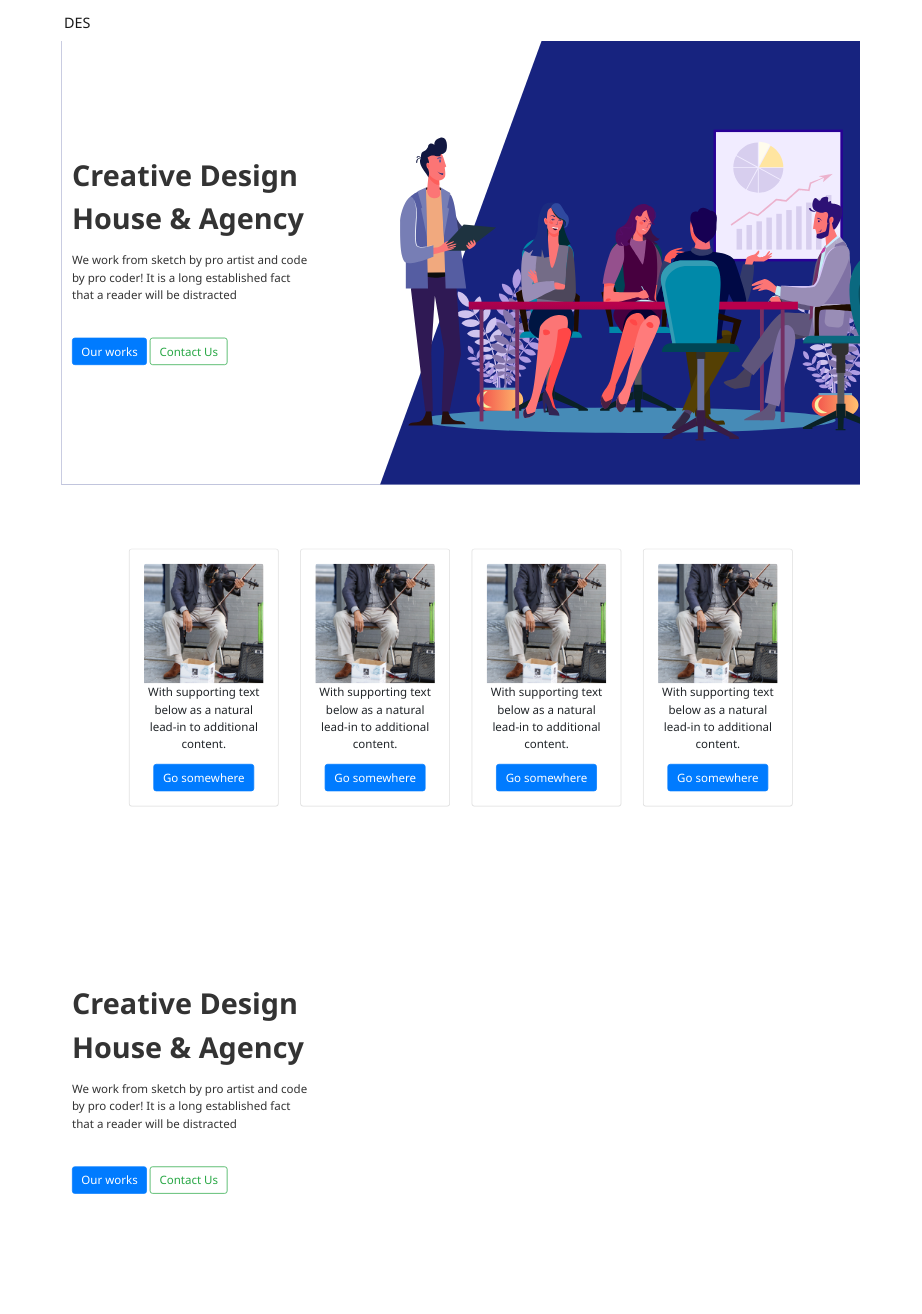
Repository: stephenkayade/Tarm
Page: index.html
An editor plug-in stored every save of this project. The page is shown before and after the next save, followed by the edit.
The browser window is 1280 px wide. The pictures show the whole page, at 72% of full size.

Above is the page before, as saved 2020-05-07 13:03:23.

### index.html
<!DOCTYPE html>
<html lang="en">

<head>
    <meta charset="UTF-8">
    <meta name="viewport" content="width=device-width, initial-scale=1.0">
    <link rel="stylesheet" href="https://stackpath.bootstrapcdn.com/bootstrap/4.4.1/css/bootstrap.min.css"
        integrity="sha384-Vkoo8x4CGsO3+Hhxv8T/Q5PaXtkKtu6ug5TOeNV6gBiFeWPGFN9MuhOf23Q9Ifjh" crossorigin="anonymous">
    <script src="https://code.jquery.com/jquery-3.4.1.slim.min.js"
        integrity="sha384-J6qa4849blE2+poT4WnyKhv5vZF5SrPo0iEjwBvKU7imGFAV0wwj1yYfoRSJoZ+n"
        crossorigin="anonymous"></script>

    <script src="https://stackpath.bootstrapcdn.com/bootstrap/4.4.1/js/bootstrap.min.js"
        integrity="sha384-wfSDF2E50Y2D1uUdj0O3uMBJnjuUD4Ih7YwaYd1iqfktj0Uod8GCExl3Og8ifwB6"
        crossorigin="anonymous"></script>
    <link rel="stylesheet" href="https://stackpath.bootstrapcdn.com/font-awesome/4.7.0/css/font-awesome.min.css">
    <link rel="stylesheet" href="css/style.css">
    <title>Document</title>
</head>

<body>
    <div class="container">

        <section id="nav-bar">
            <nav class="navbar navbar-expand-lg navbar-light">
                <!-- <h1>DES</h1> -->
                <h1><a class="navbar-brand ml-1" href="#">DES</a></h1>
                <button class="navbar-toggler" type="button" data-toggle="collapse" data-target="#navbarNav"
                    aria-controls="navbarNav" aria-expanded="false" aria-label="Toggle navigation">
                    <i class="fa fa-bars"></i>
                </button>

                <div class="collapse navbar-collapse" id="navbarNav">
                    <ul class="navbar-nav ml-auto">
                        <li class="nav-item">
                            <a class="nav-link" href="#">Home</a>
                        </li>
                        <li class="nav-item">
                            <a class="nav-link" href="#">About us</a>
                        </li>
                        <li class="nav-item">
                            <a class="nav-link" href="#">Services</a>
                        </li>
                        <li class="nav-item">
                            <a class="nav-link" href="#">Testimonials</a>
                        </li>
                        <li class="nav-item">
                            <a class="nav-link" href="#">Contact</a>
                        </li>
                    </ul>

                </div>
            </nav>

        </section>

        <!---------------------------banner---------------------------->
        <section id="banner">
            <div class="container">
                <div class="row">
                    <div class="col-md-6">
                        <p class="promo-title">Creative Design <br>House & Agency</p>
                        <p>We work from sketch by pro artist and code <br>
                            by pro coder! It is a long established fact <br>
                            that a reader will be distracted</p>
                        <div class="btn-control">
                            <div class="btn btn-primary">Our works</div>
                            <div class="btn btn-outline-success">Contact Us</div>
                        </div>
                    </div>

                </div>
            </div>
        </section>

        <section id="img">
            <div class="row">
                <div class="col-md-auto">
                    <div class="card text-center" style="width: 13rem;">
                        <div class="card-body">
                            <img src="./img/man-street-sitting-hat-2995066.jpg" class="card-img-top" alt="...">

                            <p class="card-text">With supporting text below as a natural lead-in to additional content.</p>
                            <a href="#" class="btn btn-primary">Go somewhere</a>
                        </div>
                    </div>
                </div>
                <div class="col-md-auto">
                    <div class="card text-center" style="width: 13rem;">
                        <div class="card-body">
                            <img src="./img/man-street-sitting-hat-2995066.jpg" class="card-img-top" alt="...">

                            <p class="card-text">With supporting text below as a natural lead-in to additional content.</p>
                            <a href="#" class="btn btn-primary">Go somewhere</a>
                        </div>
                    </div>
                </div>
                <div class="col-md-auto">
                    <!-- <div class="card" style="width: 12rem;">
                        <img src="./img/man-street-sitting-hat-2995066.jpg" class="card-img-top" alt="...">
                        <span class="card-img-top"><i class="fas fa-folder-open"></i></span>
                        <div class="card-body">
                            <h5 class="card-title text-center">Card title</h5>
                            <p class="card-text text-center">Lorem ipsum dolor sit amet consectetur, adipisicing elit. Eligendi, nisi!</p>
                            <a href="#" class="btn btn-primary ">Learn More</a>
                        </div>
                    </div> -->

                    <div class="card text-center" style="width: 13rem;">
                        <div class="card-body">
                            <img src="./img/man-street-sitting-hat-2995066.jpg" class="card-img-top" alt="...">

                            <p class="card-text">With supporting text below as a natural lead-in to additional content.</p>
                            <a href="#" class="btn btn-primary">Go somewhere</a>
                        </div>
                    </div>
                </div>
                <div class="col-md-auto">
                    <div class="card text-center" style="width: 13rem;">
                        <div class="card-body">
                            <img src="./img/man-street-sitting-hat-2995066.jpg" class="card-img-top" alt="...">

                            <p class="card-text">With supporting text below as a natural lead-in to additional content.</p>
                            <a href="#" class="btn btn-primary">Go somewhere</a>
                        </div>
                    </div>
                </div>
            </div>
        </section>

        <section id="CEO">
            <div class="container">
                <div class="about-us">

                </div>
                <div class="row">
                    <div class="col-md-6">
                        <p class="promo-title">Creative Design <br>House & Agency</p>
                        <p>We work from sketch by pro artist and code <br>
                            by pro coder! It is a long established fact <br>
                            that a reader will be distracted</p>
                        <div class="btn-control">
                            <div class="btn btn-primary">Our works</div>
                            <div class="btn btn-outline-success">Contact Us</div>
                        </div>
                    </div>

                </div>
            </div>
        </section>
    </div>


</body>

</html>

### css/style.css
*{
    margin: 0;
    padding: 0;
}

body{
    font-family: 'Segoe UI', Tahoma, Geneva, Verdana, sans-serif;
}
#nav-bar{
    position: sticky;
    top: 0;
    z-index: 10;
}
.navbar{
    background-image: cross-fade(to right, #fff,#17237f);
    padding: 0 !important;
}
.navbar-brand img{
    height:40px;
    padding-left: 20px;
}
.navbar-nav li{
    padding: 0 10px;

}
.navbar-nav li a{
    color: #fff !important;
    font-weight: 600;
    float: right;
    text-align: left;
}
.fa-bars{
    color: #fff;
    font-size: 30px !important;
}
#img{
    display: flex;
    flex-direction: row;
    justify-content: center;
    padding: 8%
}


/* ------------banner section-------------------- */
#banner{
    background: url('/img/adj.svg') no-repeat center center/cover;
    color: #333;
    padding-top: 5%;
    padding-bottom: 15%;
}
#CEO{
    /* background: url('/img/adj.svg') no-repeat center center/cover; */
    color: #333;
    padding-top: 5%;
    padding-bottom: 15%;
}
.promo-title{
    font-size: 40px;
    font-weight: 600;
    margin-top:100px ;
}
.play-btn{
    width:45px;
    margin: 20px;
}
#banner a{
    color: #fff;
    text-decoration: none;
}
.bottom-img{
    width: 100%;
}
.btn-control{
    padding-top: 2rem;
}
/* ---------------------services section---------------------- */
#services{
    padding: 80px 0;
}
.service-img{
    width: 140px;
    margin-top: 20px;
}
.services{
    padding: 20px;
}
.services h4{
    padding: 5px;
    margin-top: 25px;
    text-transform: uppercase;
}
.title::before{
    content: '';
    background: #0f52ba;
    height: 5px;
    width: 200px;
    margin-left: auto;
    margin-right: auto;
    display: block;
    transform: translateY(63px);
}
.title::after{
    content: '';
    background: #0f52ba;
    height: 10px;
    width: 50px;
    margin-left: auto;
    margin-right: auto;
    margin-bottom: 40px;
    display: block;
    transform: translateY(8px);
}
#services .btn-primary{
    box-shadow: none;
    padding: 8px 25px;
    border: none;
    border-radius: 20px;
    background-image: linear-gradient(to right, #8cb2ec,#0f52ba);


}

After the next save:
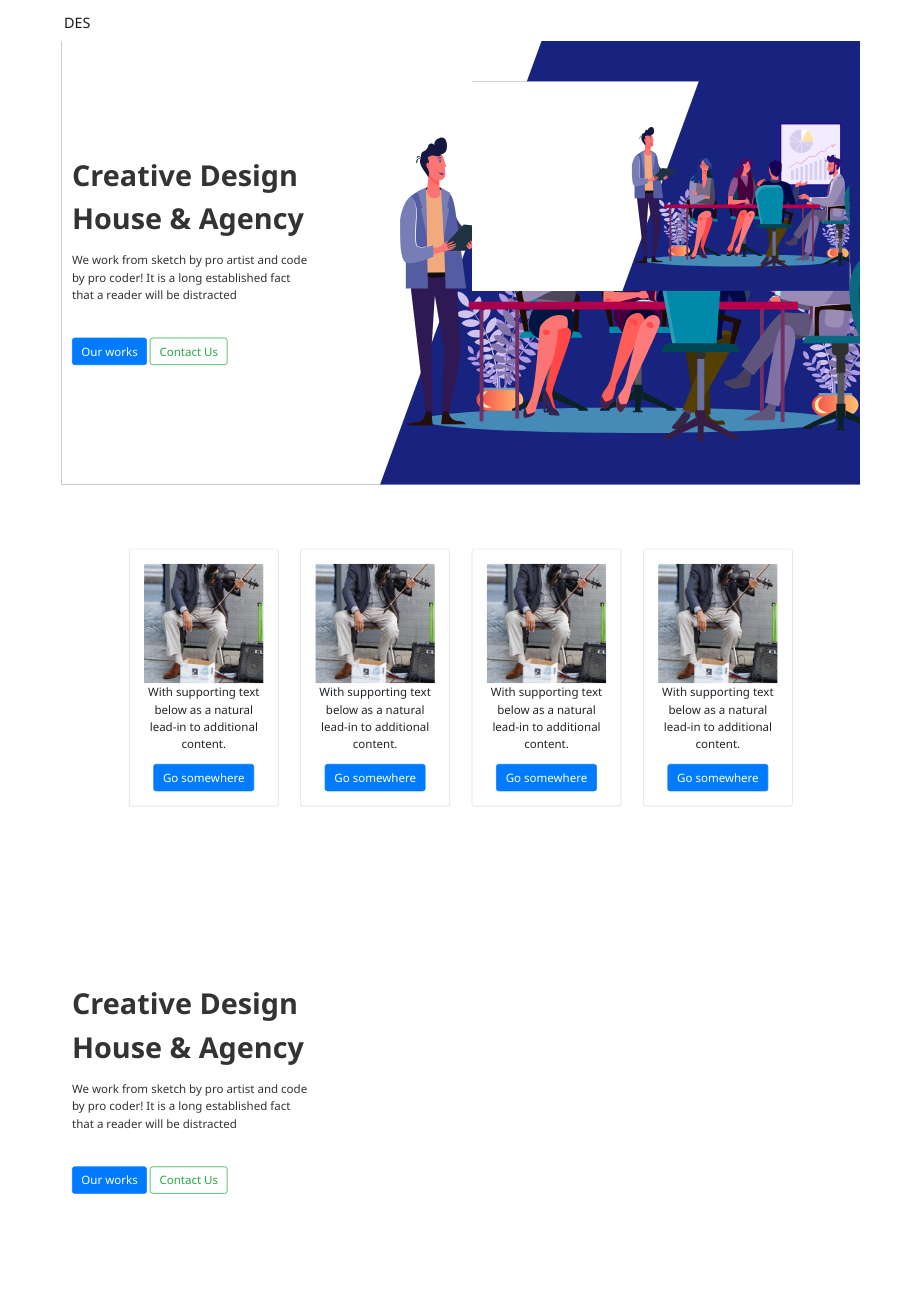
Saved 6 min 35 s later.
--- a/index.html
+++ b/index.html
@@ -68,7 +68,9 @@
                             <div class="btn btn-outline-success">Contact Us</div>
                         </div>
                     </div>
-
+                    <div class="col-md-6">
+                        <img src="./img/adj.svg" class="img-fluid" alt="">
+                    </div>
                 </div>
             </div>
         </section>

After the save that followed:
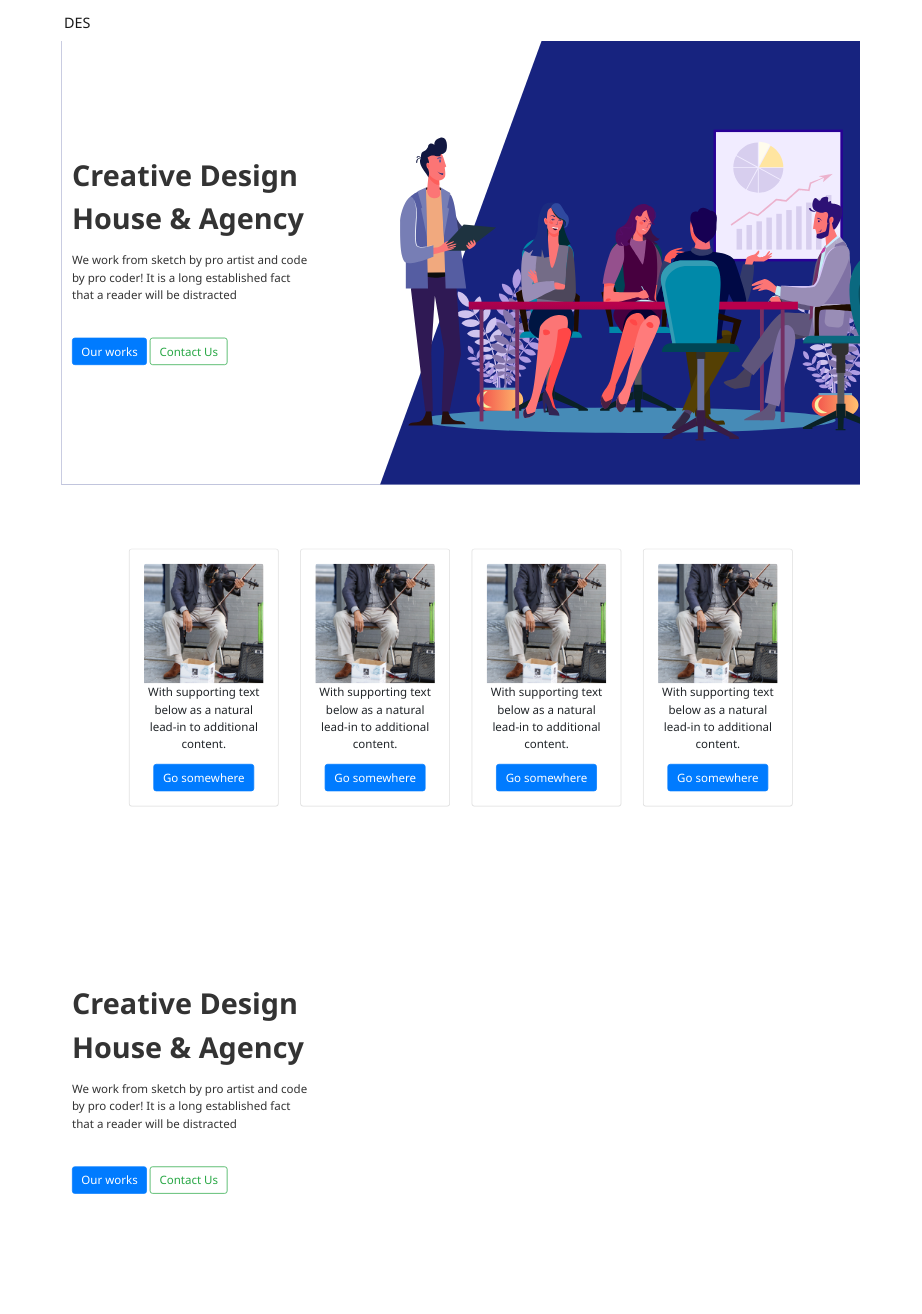
Saved 48 s later.
--- a/index.html
+++ b/index.html
@@ -68,9 +68,7 @@
                             <div class="btn btn-outline-success">Contact Us</div>
                         </div>
                     </div>
-                    <div class="col-md-6">
-                        <img src="./img/adj.svg" class="img-fluid" alt="">
-                    </div>
+
                 </div>
             </div>
         </section>
